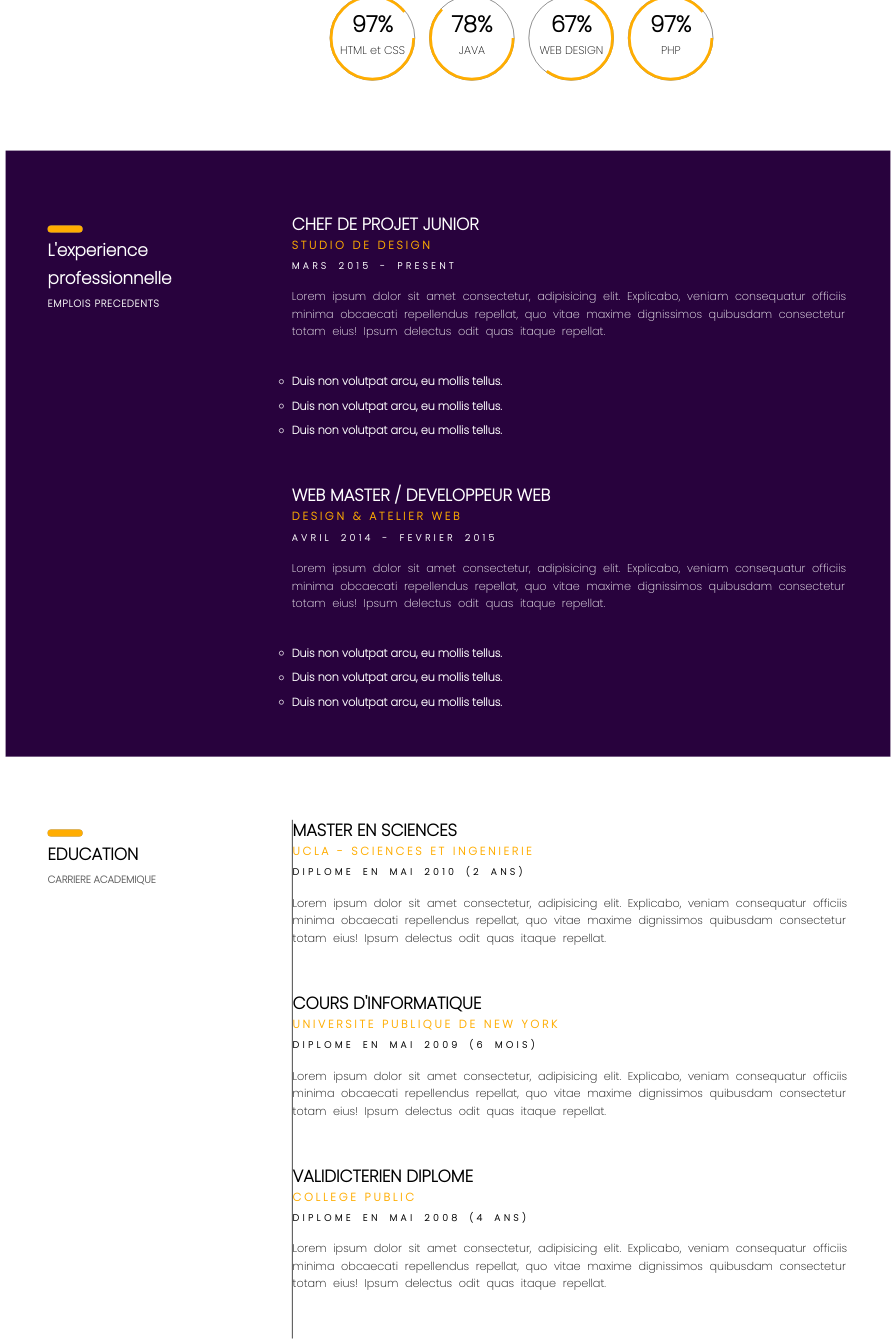
Repository: wadelfadill/CV_PORTFOLIO
Page: index.html
An editor plug-in stored every save of this project. The page is shown before and after the next save, followed by the edit.
The browser window is 1280 px wide. The pictures show the part of the page from y = 3113 to 5033 px (the page is 5033 px tall), at 70% of full size.
Some icons come from a web library that is not loaded, so they are not drawn. Backgrounds fixed to the window are drawn as part of the page.

Above is the page before, as saved 2023-03-16 12:53:53.

After the next save:
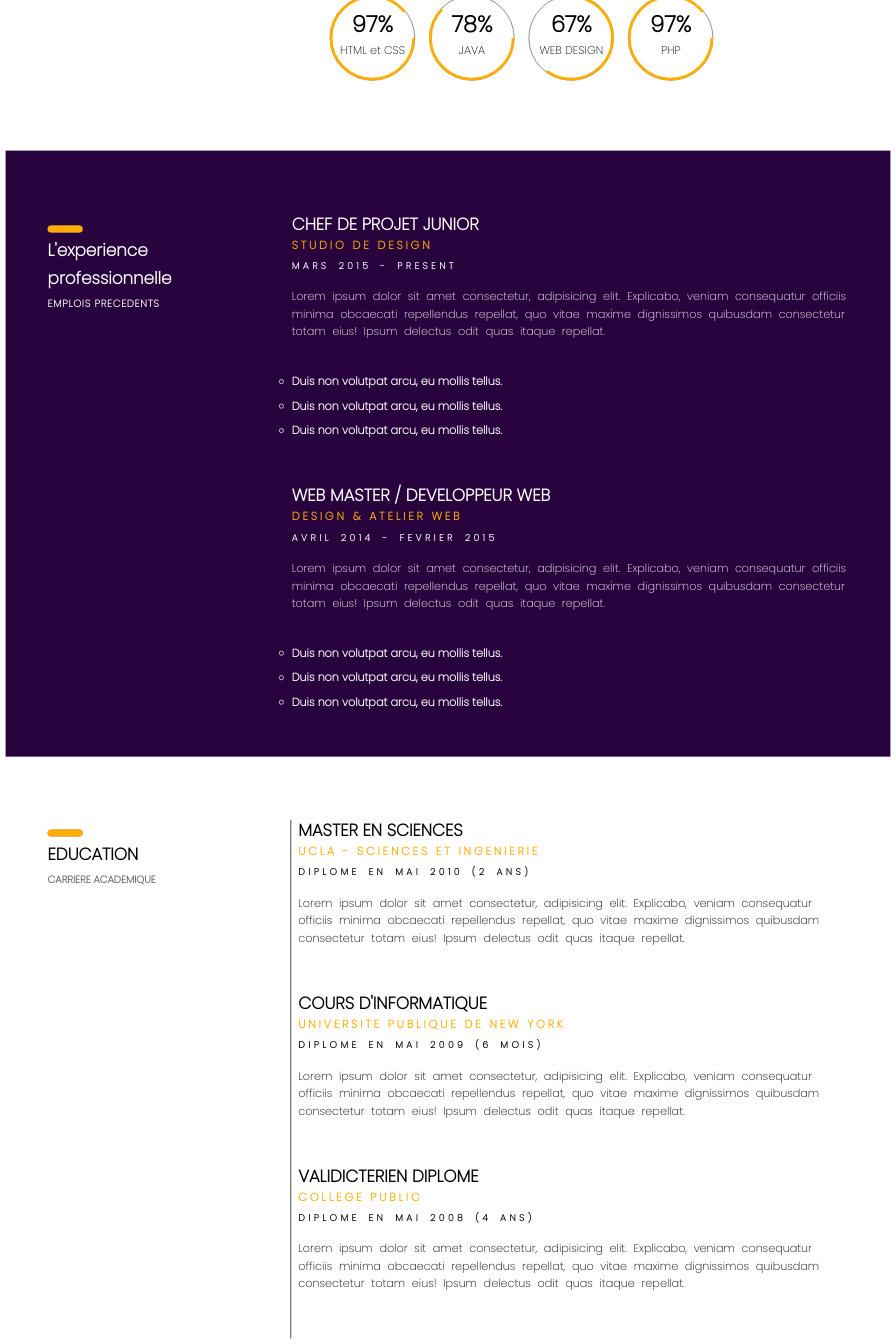
Saved 16 s later.
--- a/style.css
+++ b/style.css
@@ -546,4 +546,5 @@ svg{
 }
 .education-content{
     border-left: 1px solid black;
-}
+    padding-left: 10px;
+}
